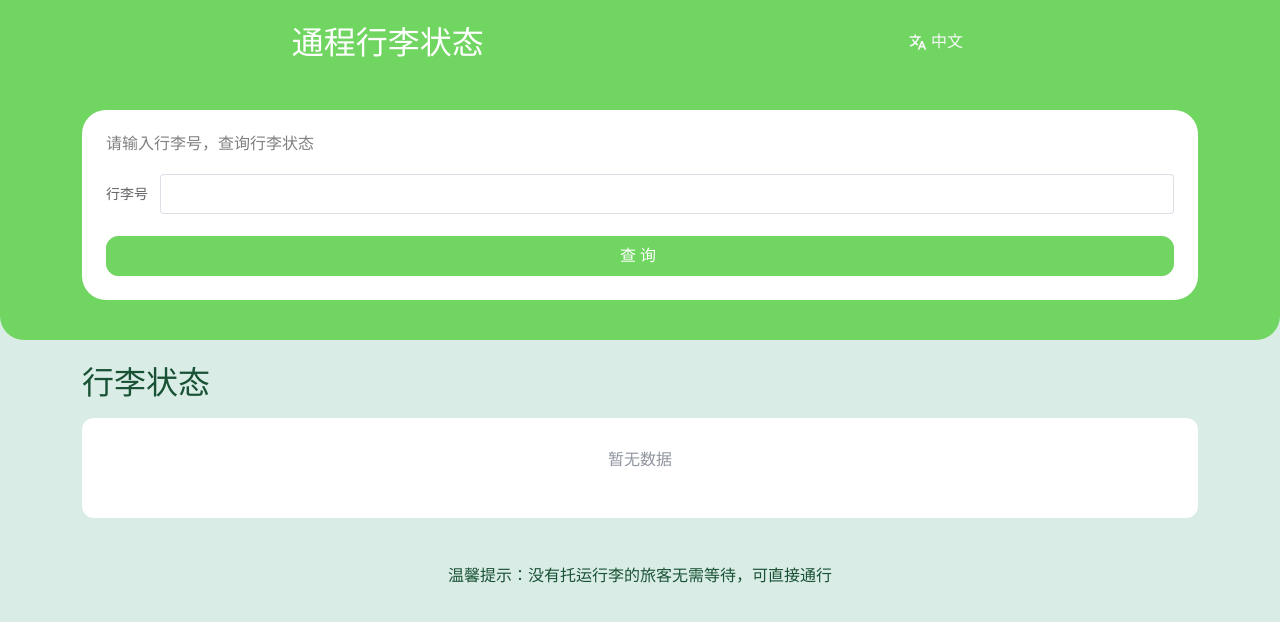
Repository: jhonMacTavish/through-baggage-web
Page: /
An editor plug-in stored every save of this project. The page is shown before and after the next save, followed by the edit.
The browser window is 1280 px wide. The pictures show the whole page.
The project was rebuilt for these pictures with package versions that can differ from the ones it lists, and the page was loaded fresh each time. Also part of the build but not shown: vite.config.js, src/components/Main copy.vue, src/components/Main.vue, src/components/NavBar.vue, src/components/Scanner.vue, src/views/Scanner.vue. Imported but missing from the stored project, and not drawn on this page: src/assets/icons/GlobeIcon.vue, src/assets/icons/LogoIcon.vue, src/assets/icons/ProfileIcon.vue, src/assets/icons/QuestionIcon.vue.

Above is the page before, as saved 2025-03-15 14:50:26.

After the next save:
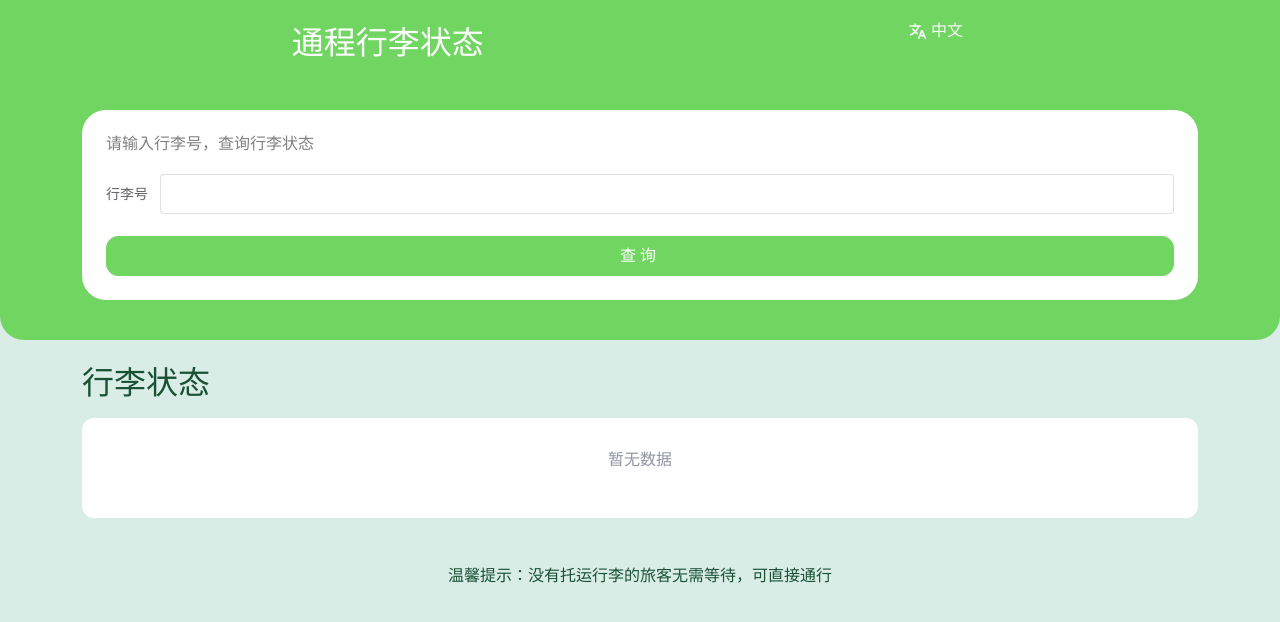
Saved 41 s later.
--- a/src/views/Home.vue
+++ b/src/views/Home.vue
@@ -2,13 +2,13 @@
  * @Author: error: error: git config user.name & please set dead value or install git && error: git config user.email & please set dead value or install git & please set dead value or install git
  * @Date: 2025-02-23 20:06:20
  * @LastEditors: john_mactavish 981192661@qq.com
- * @LastEditTime: 2025-03-15 14:40:41
+ * @LastEditTime: 2025-03-15 14:51:07
  * @FilePath: \through_baggage_webt:\Projects\VS Code\vue-bootstrap-master\src\components\Main.vue
  * @Description: 这是默认设置,请设置`customMade`, 打开koroFileHeader查看配置 进行设置: https://github.com/OBKoro1/koro1FileHeader/wiki/%E9%85%8D%E7%BD%AE
 -->
 <template>
   <section class="p-4 pb-3 bg-green">
-    <div class="container d-flex justify-content-around align-items-center">
+    <div class="container d-flex justify-content-around">
       <!-- <h2 class="text-center text-white" :style="`font-size: ${locale == 'en'? '16px': ''}`" >{{$t('messages.prompText.pageTitle')}}</h2> -->
       <h2 v-if="locale == 'zh'" class="text-center text-white">
         {{ $t("messages.prompText.pageTitle") }}

After the save that followed:
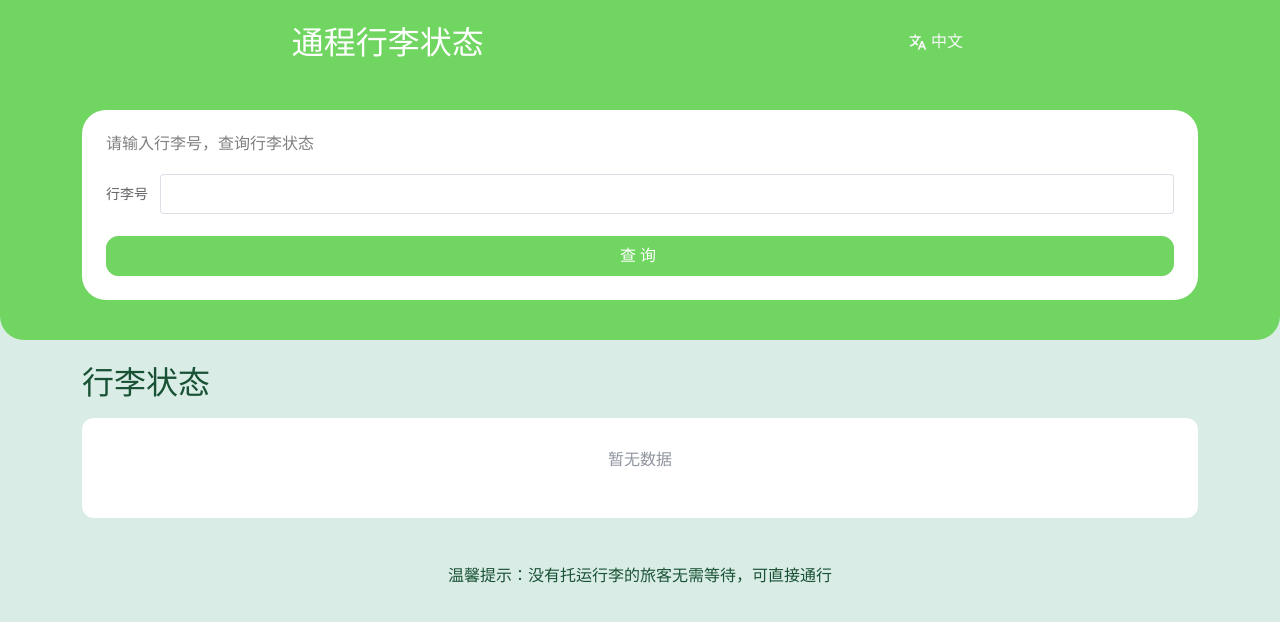
Saved 6 s later.
--- a/src/views/Home.vue
+++ b/src/views/Home.vue
@@ -2,13 +2,13 @@
  * @Author: error: error: git config user.name & please set dead value or install git && error: git config user.email & please set dead value or install git & please set dead value or install git
  * @Date: 2025-02-23 20:06:20
  * @LastEditors: john_mactavish 981192661@qq.com
- * @LastEditTime: 2025-03-15 14:51:07
+ * @LastEditTime: 2025-03-15 14:40:41
  * @FilePath: \through_baggage_webt:\Projects\VS Code\vue-bootstrap-master\src\components\Main.vue
  * @Description: 这是默认设置,请设置`customMade`, 打开koroFileHeader查看配置 进行设置: https://github.com/OBKoro1/koro1FileHeader/wiki/%E9%85%8D%E7%BD%AE
 -->
 <template>
   <section class="p-4 pb-3 bg-green">
-    <div class="container d-flex justify-content-around">
+    <div class="container d-flex justify-content-around align-items-center">
       <!-- <h2 class="text-center text-white" :style="`font-size: ${locale == 'en'? '16px': ''}`" >{{$t('messages.prompText.pageTitle')}}</h2> -->
       <h2 v-if="locale == 'zh'" class="text-center text-white">
         {{ $t("messages.prompText.pageTitle") }}
